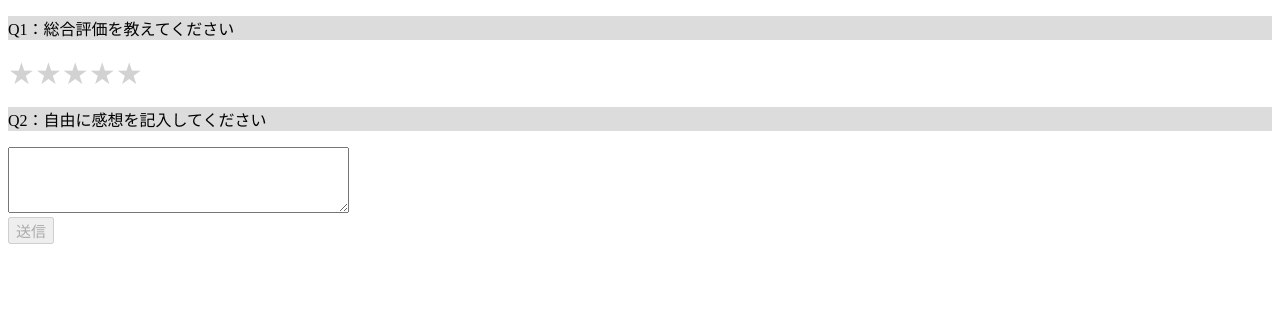
Repository: mikumiura/intern-chatbot
Page: templates/first-page.html
The author's editor kept a copy of each file at every save. The page is drawn from the files as they stood at one save, then again after the next save.
The browser window is 1280 px wide. The pictures show the whole page.

Above is the page before, as saved 2022-08-24 07:08:26.

After the next save:
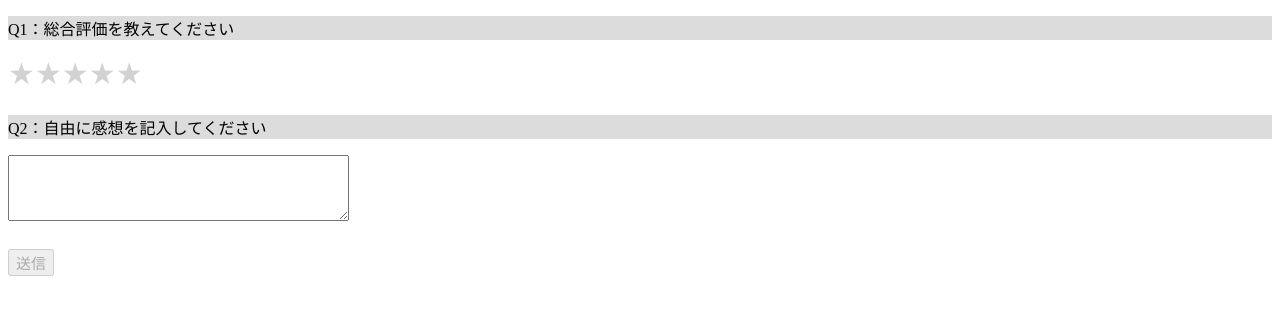
Saved 34 s later.
--- a/templates/first-page.html
+++ b/templates/first-page.html
@@ -16,7 +16,7 @@
     <script src="https://unpkg.com/axios/dist/axios.min.js"></script>
 
     <div id = "app">
-        <div class="bottom-25">
+        <div class="bottom-15em">
             <p class="bgc">Q1：総合評価を教えてください</p>
             <div>
                 <div v-bind:class="{'star-gold':stars[0], 'star-gray':!stars[0]}" v-on:click="star(1)" class="pointer size-30">★</div>
@@ -27,7 +27,7 @@
             </div>
         </div>
 
-        <div class="bottom-25">
+        <div class="bottom-15em">
             <p class="bgc">Q2：自由に感想を記入してください</p>
             <div>
                 <textarea v-model="comment" cols="40" rows="4"></textarea> <!-- v-on:hogehoge（入力に関する処理の感知）でisActive()をtrueに -->
